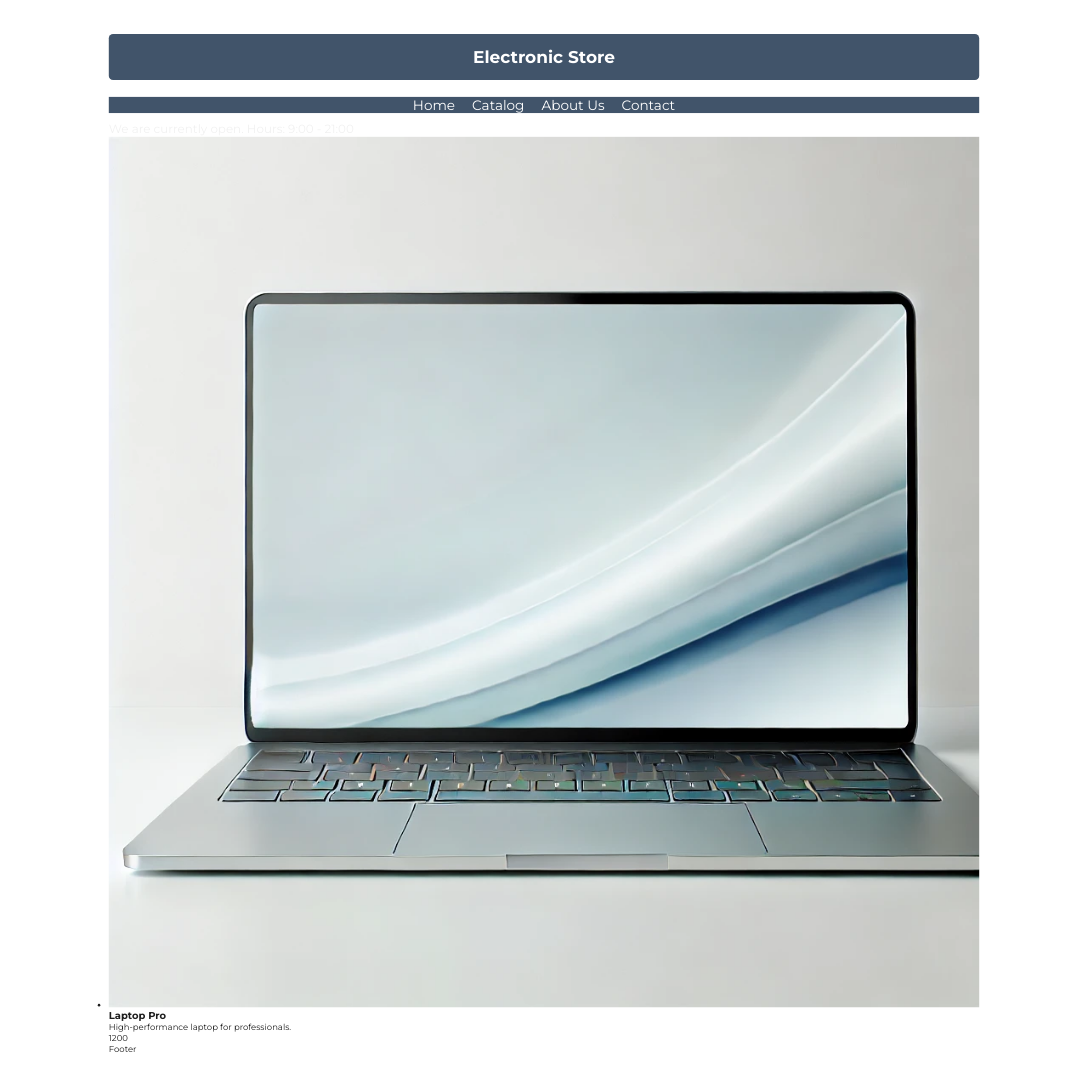
Repository: Lithium87/e-Strore
Page: /
An editor plug-in stored every save of this project. The page is shown before and after the next save, followed by the edit.
The browser window is 1280 px wide. The pictures show the whole page, at 85% of full size.
The project was rebuilt for these pictures with package versions that can differ from the ones it lists, and the page was loaded fresh each time. Also part of the build but not shown: vite.config.js.

Above is the page before, as saved 2025-07-05 16:25:57.

After the next save:
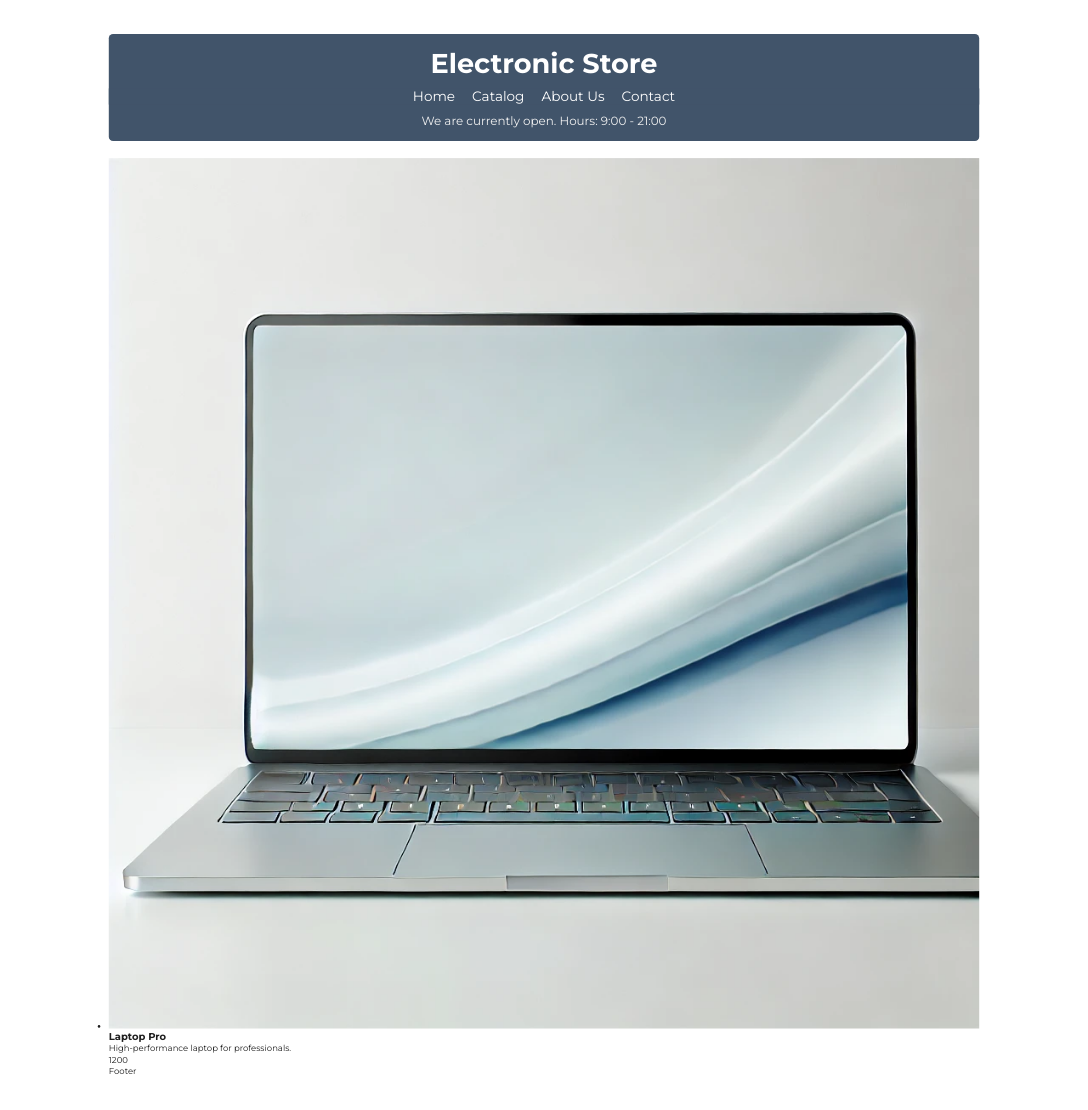
Saved 45 s later.
--- a/src/App.jsx
+++ b/src/App.jsx
@@ -63,8 +63,8 @@ const Header = () => {
   const isOpen = hour >= openHours && hour < closeHours;
 
   return (
-    <header>
-      <h1 className="header">Electronic Store</h1>
+    <header className="header">
+      <h1>Electronic Store</h1>
       <nav className="nav">
         <ul>
           <li>
